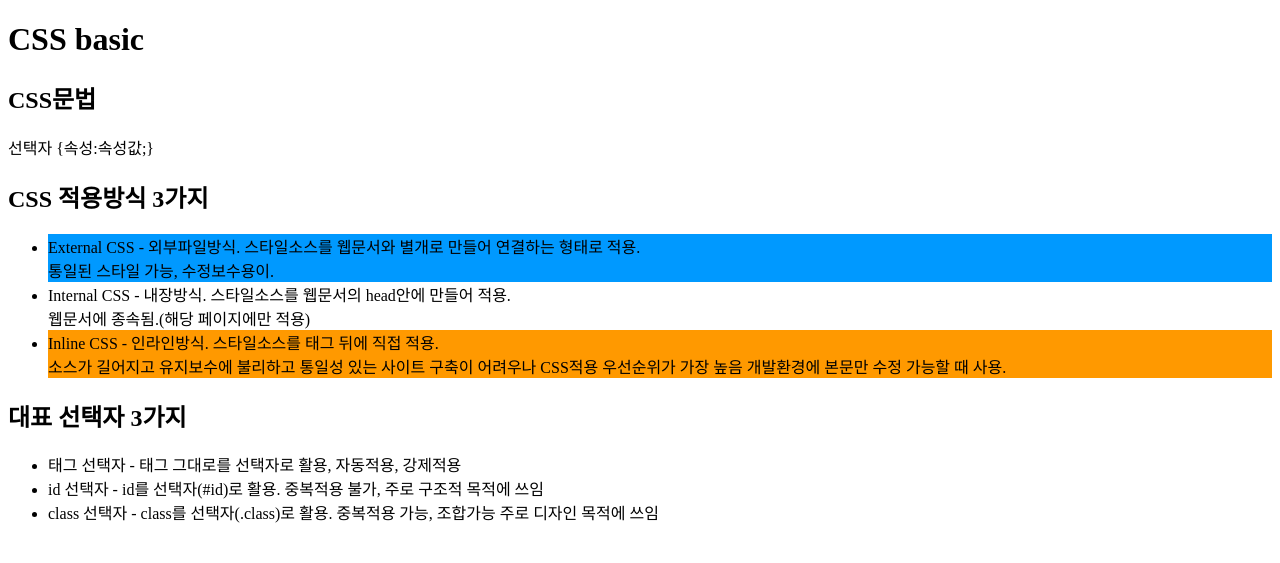
Repository: Git-Seokcoding/WEB
Page: CSS3/src/main/webapp/basic.html
These files come from the project's save history. The page is drawn as it stood at one moment and after the next save; the edit follows.
The browser window is 1280 px wide. The pictures show the whole page.

Above is the page before, as saved 2023-10-12 08:08:44.

### CSS3/src/main/webapp/basic.html
<!DOCTYPE html>
<html>
<head>
<meta charset="UTF-8">
<title>CSS basic</title>
	<link href="basic.css" rel="stylesheet"><!-- 	external css방식 -->
	<style type="text/css"><!-- internal css방식 -->
		li{background-color:#0f9;}
	</style>
</head>
<body>
	<h1>CSS basic</h1>
	<h2>CSS문법</h2>
	<p>선택자 {속성:속성값;}</p>

	<h2>CSS 적용방식 3가지</h2>
	<ul>
		<li id="ex">External CSS
		- 외부파일방식. 스타일소스를 웹문서와 별개로 만들어 연결하는 형태로 적용. <br>
		  통일된 스타일 가능, 수정보수용이.</li>
		<li>Internal CSS
		- 내장방식. 스타일소스를 웹문서의 head안에 만들어 적용.<br>
		  웹문서에 종속됨.(해당 페이지에만 적용)</li>
		<li style="background-color: #f90;">Inline CSS
		- 인라인방식. 스타일소스를 태그 뒤에 직접 적용. <br>
		  소스가 길어지고 유지보수에 불리하고 통일성 있는 사이트 구축이 어려우나 CSS적용 우선순위가 가장 높음
		  개발환경에 본문만 수정 가능할 때 사용.</li>
	</ul>

	<h2>대표 선택자 3가지</h2>
	<ul>
	<li>태그 선택자  - 태그 그대로를 선택자로 활용, 자동적용, 강제적용</li>
	<li>id 선택자 - id를 선택자(#id)로 활용. 중복적용 불가, 주로 구조적 목적에 쓰임</li>
	<li>class 선택자 - class를 선택자(.class)로 활용. 중복적용 가능, 조합가능 주로 디자인 목적에 쓰임</li>
	</ul>
</body>
</html>

### CSS3/src/main/webapp/basic.css
@charset "UTF-8";
#ex {background-color: #09f;}

After the next save:
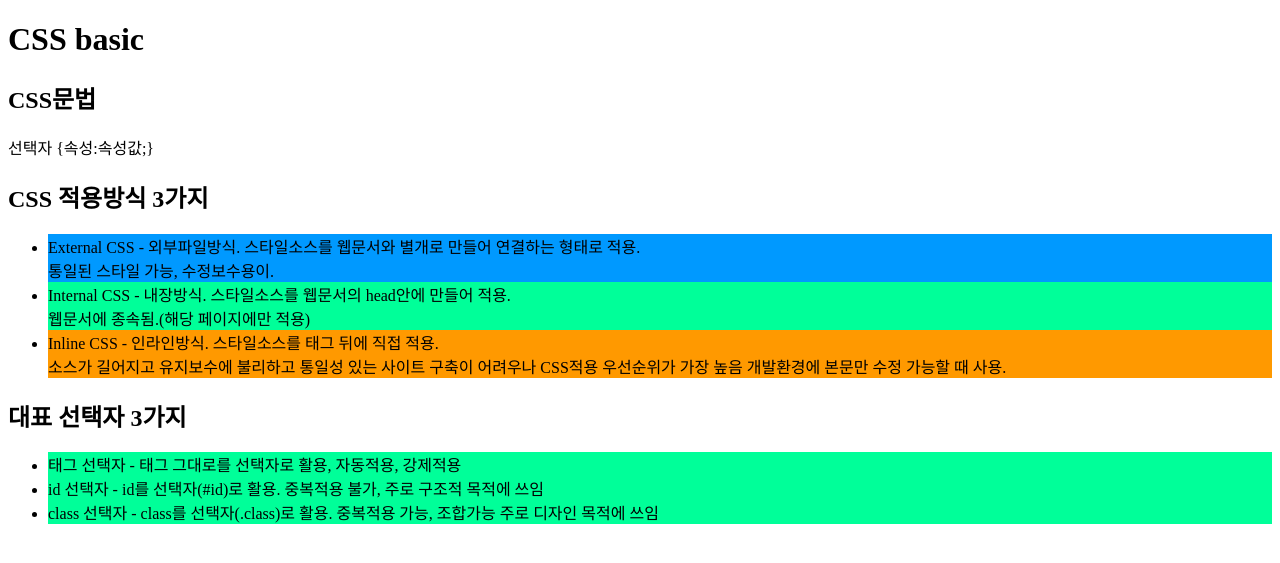
Saved 21 s later.
--- a/CSS3/src/main/webapp/basic.html
+++ b/CSS3/src/main/webapp/basic.html
@@ -4,7 +4,9 @@
 <meta charset="UTF-8">
 <title>CSS basic</title>
 	<link href="basic.css" rel="stylesheet"><!-- 	external css방식 -->
-	<style type="text/css"><!-- internal css방식 -->
+
+	<style type="text/css">
+		/* 	internal css방식 */
 		li{background-color:#0f9;}
 	</style>
 </head>
